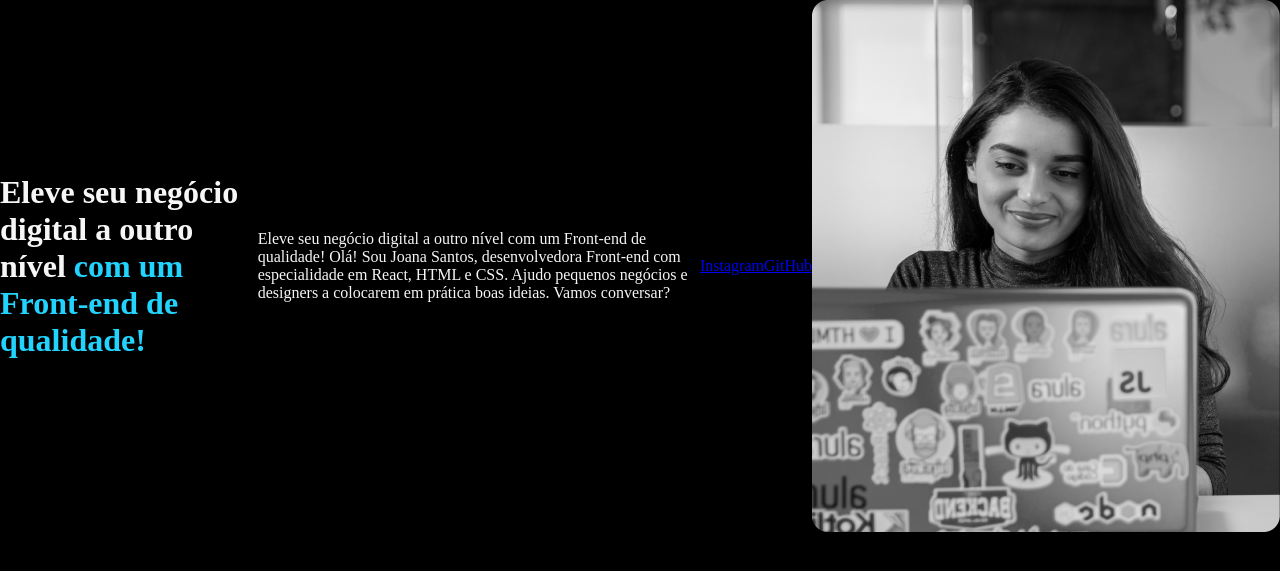
Repository: YoungAkira/CursoHtmlCss
Page: index.html
The author's editor kept a copy of each file at every save. The page is drawn from the files as they stood at one save, then again after the next save.
The browser window is 1280 px wide. The pictures show the whole page.

Above is the page before, as saved 2023-05-12 11:20:33.

### index.html
<!DOCTYPE html>
<html lang="pt-br">
<head>
    <meta charset="UTF-8">
    <meta http-equiv="X-UA-Compatible" content="IE=edge">
    <meta name="viewport" content="width=device-width, initial-scale=1.0">
    <title>Portfolio</title>
    <link rel="stylesheet" href="style.css">
</head>
<body>
    <header></header>
    <main class="apresentacao">
        <h1>Eleve seu negócio digital a outro nível <strong class="titulo-destaque">com um Front-end de qualidade!</strong></h1>

        <p>Eleve seu negócio digital a outro nível com um Front-end de qualidade!
            Olá! Sou Joana Santos, desenvolvedora Front-end com especialidade em React,
            HTML e CSS. Ajudo pequenos negócios e designers a colocarem em prática boas
            ideias. Vamos conversar?</p>

        <a href="instagram.com">Instagram</a>
        <a href="https:instagram.com">GitHub</a>
        <img src="imagem.png" alt="Foto Joana Santos programando">

    </main>
    <footer></footer>


</body>
</html>

### style.css
*{
    margin: 0;
    padding: 0;
}



body {
    background-color: black;
    box-sizing: border-box;
    color: #F6F6F6;
    height: 100vh;
}



.titulo-destaque {
    color: #22D4FD;
}


.apresentacao{
    display: flex;
    align-items: center;
}

After the next save:
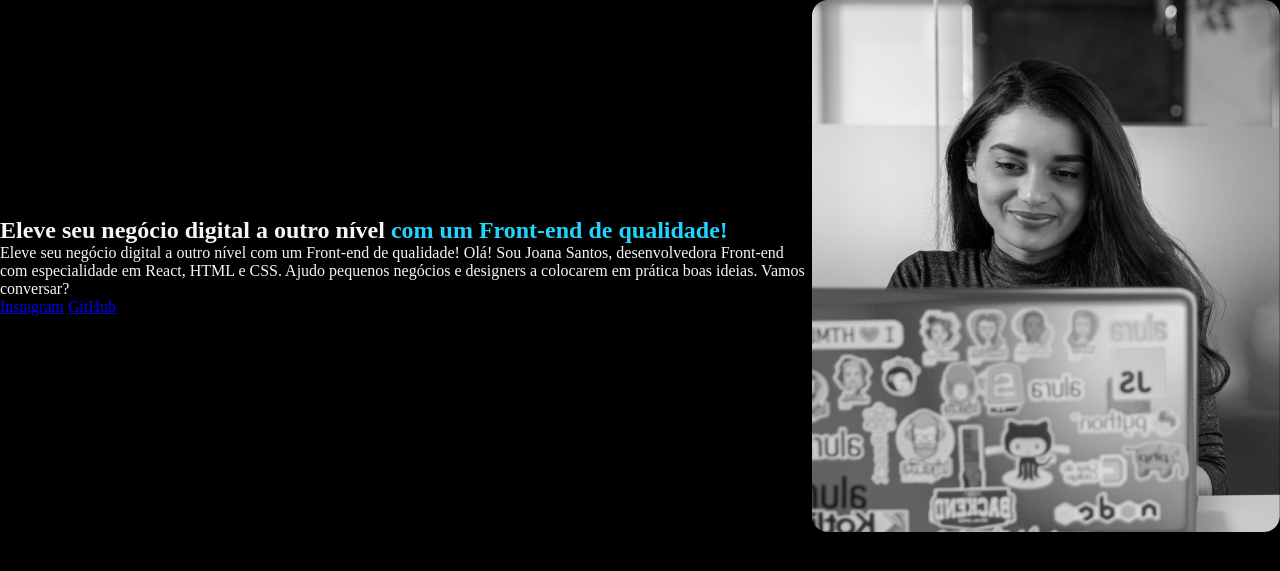
Saved 117 min 42 s later.
--- a/index.html
+++ b/index.html
@@ -10,15 +10,17 @@
 <body>
     <header></header>
     <main class="apresentacao">
-        <h1>Eleve seu negócio digital a outro nível <strong class="titulo-destaque">com um Front-end de qualidade!</strong></h1>
+            <section>
+                <h1>Eleve seu negócio digital a outro nível <strong class="titulo-destaque">com um Front-end de qualidade!</strong></h1>
+                <p>Eleve seu negócio digital a outro nível com um Front-end de qualidade!
+                    Olá! Sou Joana Santos, desenvolvedora Front-end com especialidade em React,
+                    HTML e CSS. Ajudo pequenos negócios e designers a colocarem em prática boas
+                    ideias. Vamos conversar?</p>
 
-        <p>Eleve seu negócio digital a outro nível com um Front-end de qualidade!
-            Olá! Sou Joana Santos, desenvolvedora Front-end com especialidade em React,
-            HTML e CSS. Ajudo pequenos negócios e designers a colocarem em prática boas
-            ideias. Vamos conversar?</p>
+            <a href="instagram.com">Instagram</a>
+            <a href="https:instagram.com">GitHub</a>
 
-        <a href="instagram.com">Instagram</a>
-        <a href="https:instagram.com">GitHub</a>
+        </section>
         <img src="imagem.png" alt="Foto Joana Santos programando">
 
     </main>
